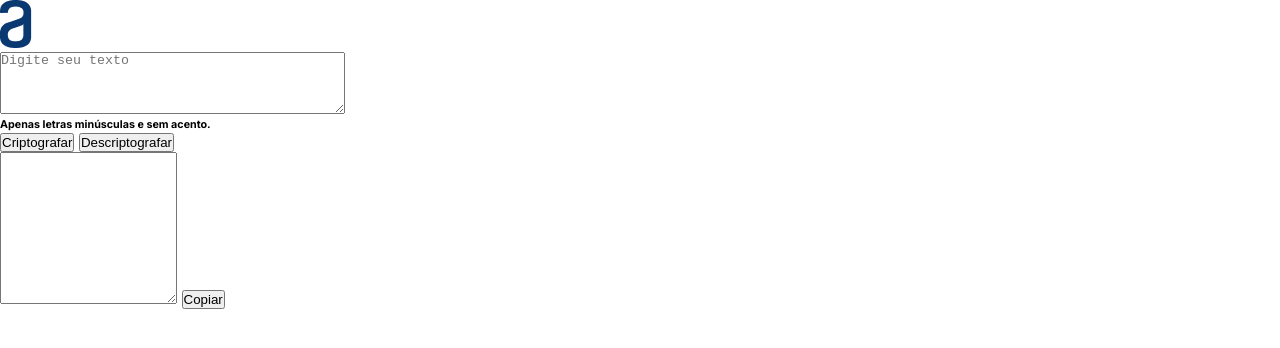
Repository: guilhermecardoso93/decodificador-texto
Page: index.html
The author's editor kept a copy of each file at every save. The page is drawn from the files as they stood at one save, then again after the next save.
The browser window is 1280 px wide. The pictures show the whole page.

Above is the page before, as saved 2024-02-28 19:09:55.

### index.html
<!DOCTYPE html>
<html lang="pt-BR">
  <head>
    <meta charset="UTF-8" />
    <meta name="viewport" content="width=device-width, initial-scale=1.0" />
    <link rel="preconnect" href="https://fonts.googleapis.com" />
    <link rel="preconnect" href="https://fonts.gstatic.com" crossorigin />
    <link
      href="https://fonts.googleapis.com/css2?family=Inter:wght@400;500;600;700&display=swap"
      rel="stylesheet"
    />
    <link rel="stylesheet" href="style.css" />
    <title>Desafio - Encriptador</title>
  </head>
  <body>
    <header>
      <img src="./assets/logo.png" alt="Logo Alura" class="'logo-alura" />
    </header>

    <main>
      <section>
        <textarea
          class="text-area"
          cols="41"
          rows="4"
          placeholder="Digite seu texto"
        ></textarea>
        <div class="informaçao">
          <h6>Apenas letras minúsculas e sem acento.</h6>
        </div>
        <div class="botoes">
          <button class="btn-encriptor">Criptografar</button>
          <button class="btn-descriptor">Descriptografar</button>
        </div>
      </section>

      <section>
        <textarea class="mensagem" cols="20" rows="10"></textarea>
        <button class="btn-copiar">Copiar</button>
      </section>
    </main>
  </body>
</html>

### style.css
* {
  margin: 0;
  padding: 0;
  box-sizing: border-box;

}

body {
  background-color: #E;
  font-family: "Inter", sans-serif;

}

After the next save:
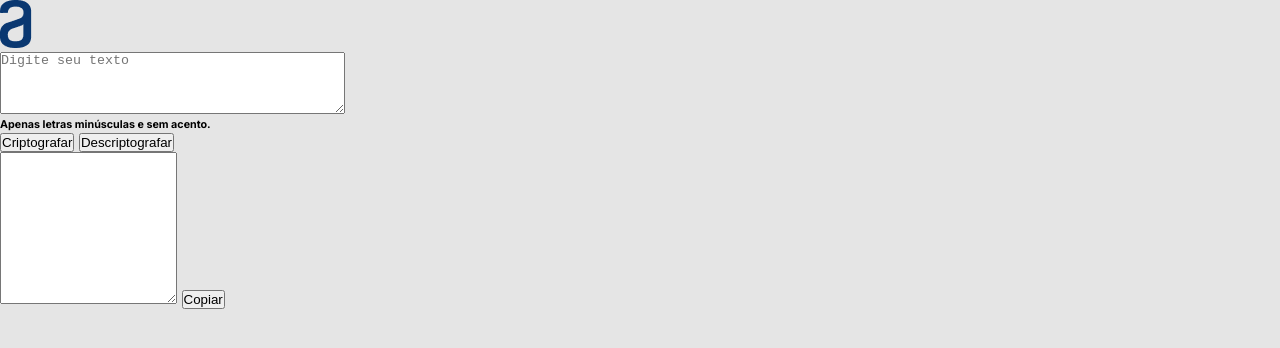
Saved 10 s later.
--- a/style.css
+++ b/style.css
@@ -2,11 +2,9 @@
   margin: 0;
   padding: 0;
   box-sizing: border-box;
-
 }
 
 body {
-  background-color: #E;
+  background-color: #E5e5e5;
   font-family: "Inter", sans-serif;
-
 }
